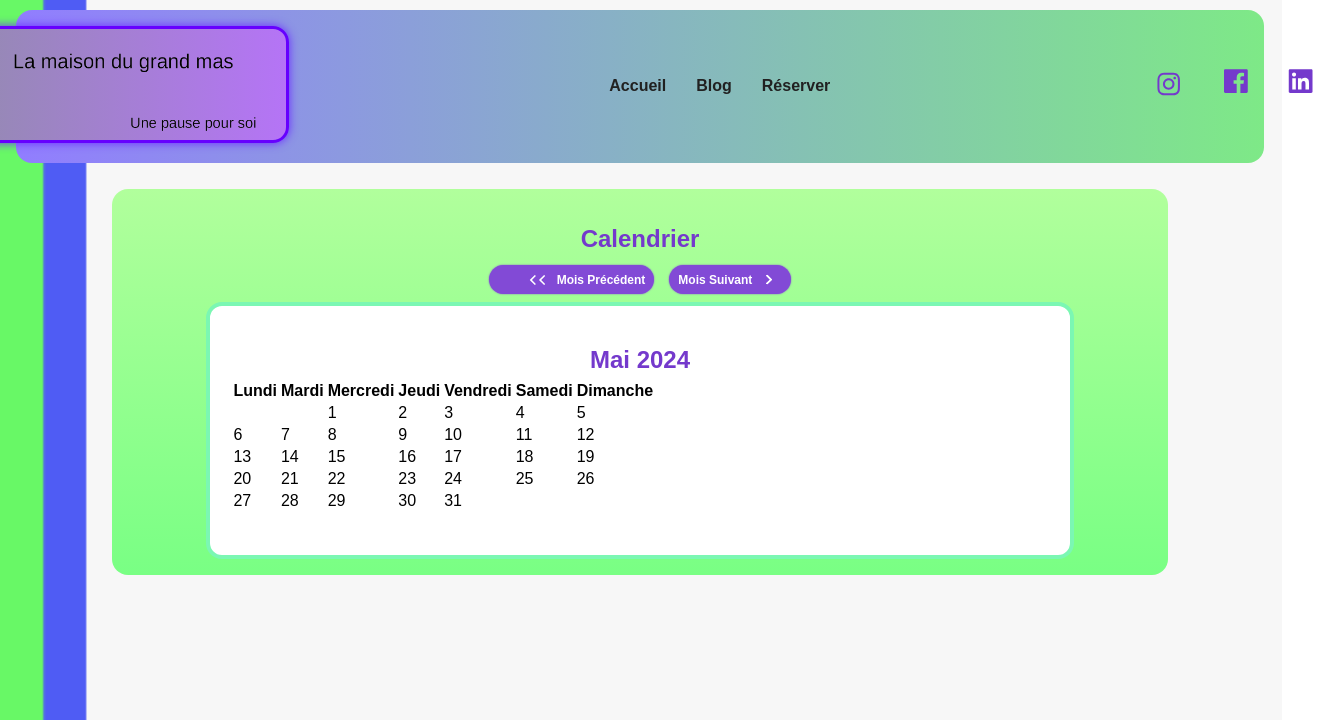
Repository: Crosnierpaul/Les_Rangers_de_Pouvoir
Page: http://localhost/entretien
These files come from the project's save history. The page is drawn as it stood at one moment and after a run of saves; the edit follows.
The browser window is 1280 px wide. The page is 1333 px wide, so the pictures cover 1333 px, including what lies to the right of the window. The pictures show the whole page.
The page is served by the project's Node server (site/server.js).

Above is the page before, as saved 2024-05-13 09:16:54.

After the next 2 saves:
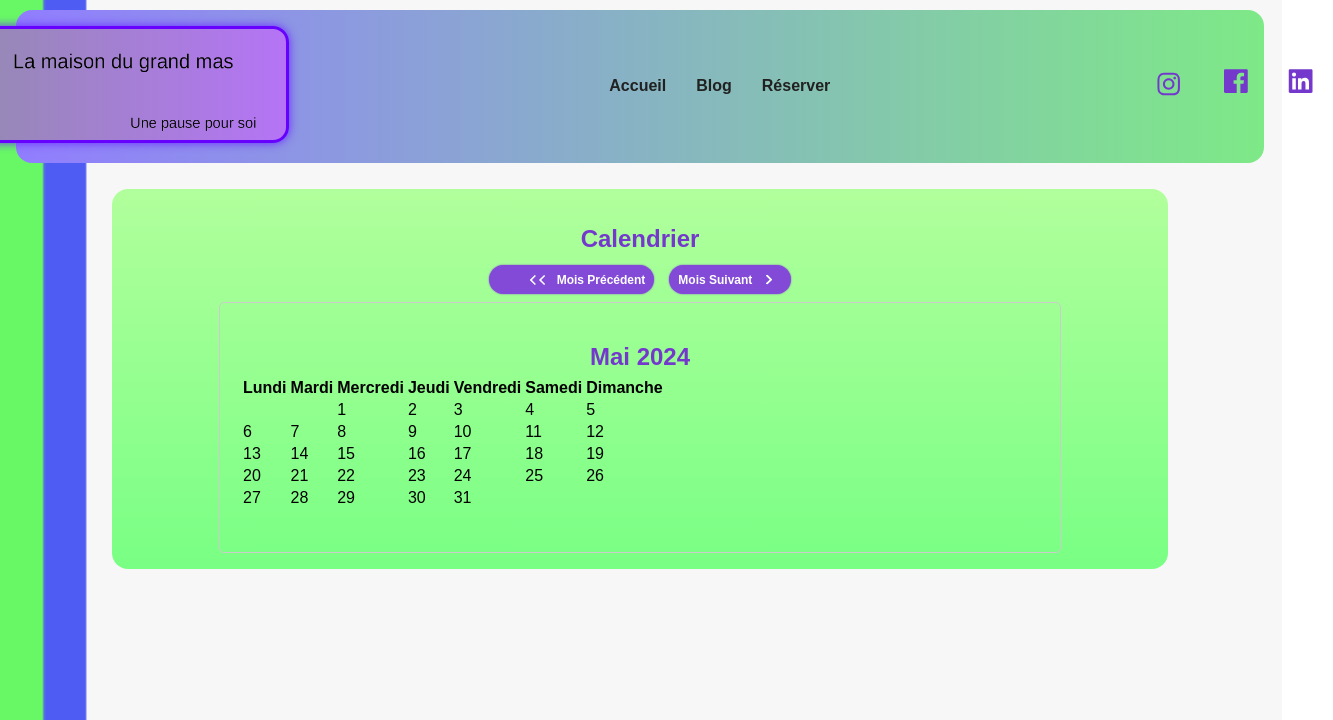
The 2 saves are shown as one change because they came seconds apart.
The last was saved 11 s later.
--- a/site/public/css/entretien.css
+++ b/site/public/css/entretien.css
@@ -1,54 +1,14 @@
 .calendar {
-<<<<<<< Updated upstream
     max-width: 800px;
     margin: 0 auto;
     padding: 20px;
     border: 1px solid #ccc;
     border-radius: 5px;
-=======
-    margin-bottom: 50px;
-    width: 80%; /* Réduire la largeur du calendrier */
-    margin-left: auto; /* Centrer le calendrier */
-    margin-right: auto; /* Centrer le calendrier */
-    background-color:#ffffff;
-    border-radius: 1em;
-    border: 4px solid #7bf7b3;I
-}
-
-/* Style de base pour le selecteur */
-select {
-    display: flex;
-    justify-content: center;
-}
-
-#timeSlot {
-    font-family: 'Poppins', sans-serif;
-    font-size: 16px;
-    padding: 10px;
-    width: 200px;
-    border: 1px solid #ccc;
-    border-radius: 5px;
-    background-color: #fff;
-    appearance: none; /* Masquer l'apparence native */
-}
-
-/* Style pour les options du selecteur */
-#timeSlot option {
-    font-family: 'Poppins', sans-serif;
-    font-size: 16px;
-    padding: 10px;
-    background-color: #fff;
-    color: #333;
->>>>>>> Stashed changes
 }
 
 .calendar-header {
     text-align: center;
-<<<<<<< Updated upstream
     margin-bottom: 20px;
-=======
-    padding: 5px; /* Réduire l'espacement intérieur */
->>>>>>> Stashed changes
 }
 
 .calendar-table {
